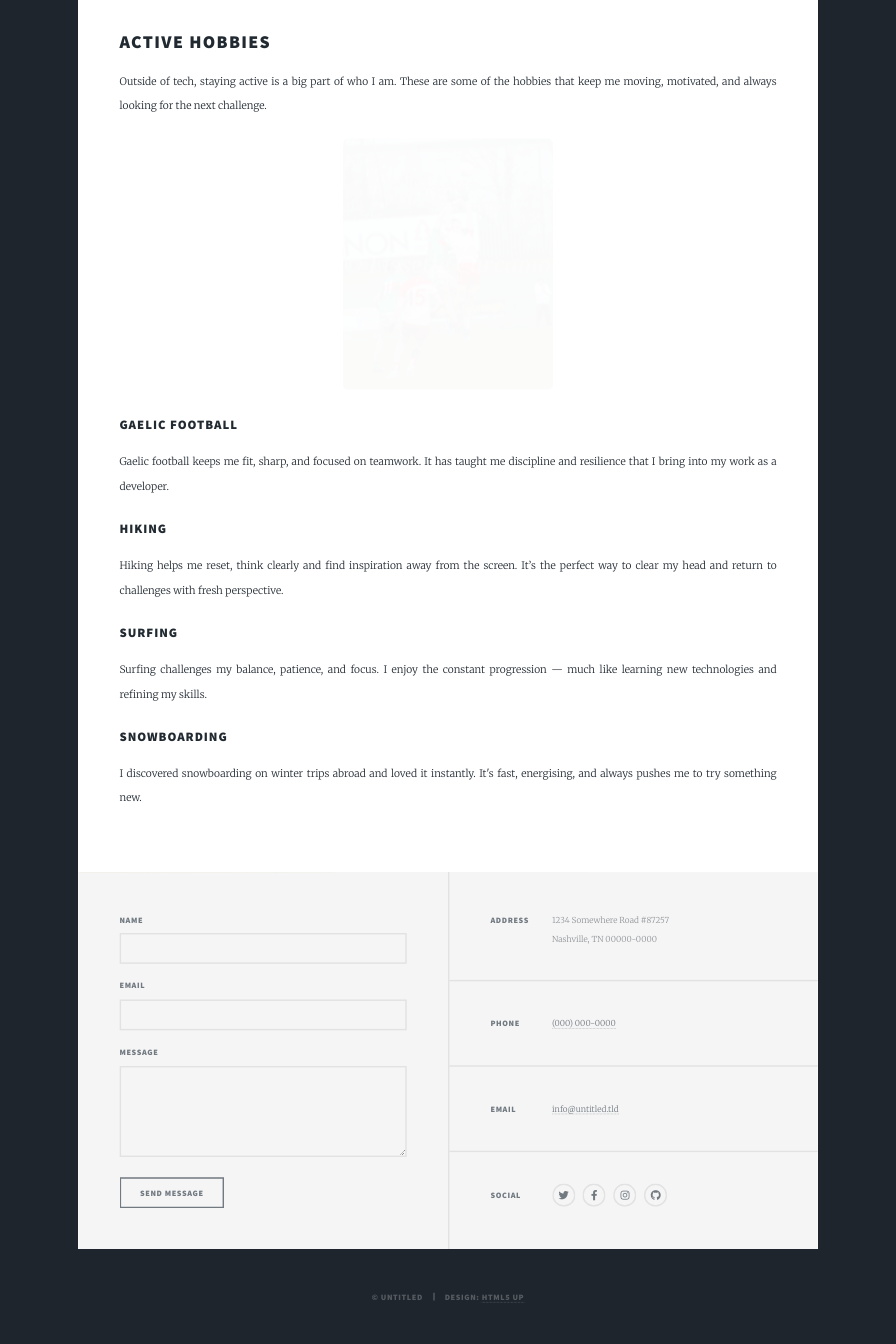
Repository: ciaranscan6/PersonalWebsite
Page: about-me.html
These files come from the project's save history. The page is drawn as it stood at one moment and after the next save; the edit follows.
The browser window is 1280 px wide. The pictures show the part of the page from y = 1617 to 3537 px (the page is 3537 px tall before and 3471 px after), at 70% of full size.

Above is the page before, as saved 2025-11-22 02:23:42.

### about-me.html
<!DOCTYPE HTML>
<!--
	Massively by HTML5 UP
	html5up.net | @ajlkn
	Free for personal and commercial use under the CCA 3.0 license (html5up.net/license)
-->
<html>
	<head>
		<title>About Me</title>
		<meta charset="utf-8" />
		<meta name="viewport" content="width=device-width, initial-scale=1, user-scalable=no" />
		<link rel="stylesheet" href="assets/css/main.css" />
		<noscript><link rel="stylesheet" href="assets/css/noscript.css" /></noscript>

		<!-- Small custom styles for the hobbies section -->
		<style>
			/* Existing custom styles (if any) can stay above or below */

			.hobbies {
				margin-top: 3rem;
			}

			.hobby-rotator-wrapper {
				max-width: 300px;     /* control size here */
				margin: 0 auto 2rem;  /* center + space under */
			}

			.hobby-rotator-wrapper img {
				width: 100%;
				border-radius: 0.5rem;
			}

			/* Fade animation */
			#hobby-rotator {
				opacity: 1;
				transition: opacity 0.5s ease;
			}

			#hobby-rotator.fade-out {
				opacity: 0;
			}
		</style>

	</head>
	<body class="is-preload">

		<!-- Wrapper -->
			<div id="wrapper">

				<!-- Header -->
					<header id="header">
						<a href="index.html" class="logo">Ciarán Scanlon</a>
					</header>

				<!-- Nav -->
					<nav id="nav">
						<ul class="links">
							<li><a href="index.html">Projects</a></li>
							<li class="active"><a href="about-me.html">About Me</a></li>
							<li><a href="elements.html">Elements Reference</a></li>
						</ul>
						<ul class="icons">
							<li><a href="#" class="icon brands fa-linkedin"><span class="label">LinkedIn</span></a></li>
							<li><a href="#" class="icon brands fa-facebook-f"><span class="label">Facebook</span></a></li>
							<li><a href="#" class="icon brands fa-instagram"><span class="label">Instagram</span></a></li>
							<li><a href="#" class="icon brands fa-github"><span class="label">GitHub</span></a></li>
						</ul>
					</nav>

				<!-- Main -->
					<div id="main">

						<!-- Post -->
							<section class="post">
								<header class="major">
									<span class="date">November 21, 2025</span>
									<h1>A Bit About Me</h1>
									<p>
										I’m a 23-year-old Computer Science graduate from University College Dublin, originally from Longford, Ireland.
										I’m outgoing, adventurous, and love solving real-world problems with technology.
									</p>
								</header>

								<!-- Main portrait / banner image -->
								<div class="image main">
									<img src="images/pic01.jpg" alt="Photo of Ciarán Scanlon" />
								</div>

								<!-- About Me Content -->
								<p>
									I studied Computer Science at <strong>University College Dublin (UCD)</strong>, where I developed a strong foundation in
									software development, problem solving, and working with others on challenging projects. I’m particularly interested in
									<strong>cybersecurity</strong>, <strong>sustainability</strong>, and building software that can make a meaningful difference
									to people and the planet.
								</p>

								<p>
									I enjoy working on projects where I can learn quickly, think creatively, and collaborate with others. Whether it’s
									designing secure systems, improving user experiences, or experimenting with new technologies, I’m always looking for
									opportunities to grow and contribute.
								</p>

								<!-- CV Button -->
								<section>
									<h2>Curriculum Vitae</h2>
									<p>
										If you’d like to see more detail about my experience, skills, and projects, you can view my CV below:
									</p>
									<ul class="actions special">
										<li>
											<a href="files\Ciarán_Scanlon_CV.pdf" target="_blank" class="button large">
												View My CV
											</a>
										</li>
									</ul>
								</section>

								<!-- Hobbies: Four mini slideshows -->
								<section class="hobbies">
									<h2>Active Hobbies</h2>
									<p>
										Outside of tech, staying active is a big part of who I am. These are some of the hobbies that keep me moving,
										motivated, and always looking for the next challenge.
									</p>

									<!-- Single rotating image, smaller and centered -->
									<div class="hobby-rotator-wrapper">
										<span class="image fit">
											<img id="hobby-rotator" src="images/hobbies/gaelic1.png" alt="Hobby slideshow" />
										</span>
									</div>

									<div class="hobby-grid">

										<div class="hobby-card">
											<h3>Gaelic Football</h3>
											<p>
												Gaelic football keeps me fit, sharp, and focused on teamwork. It has taught me discipline and resilience that
												I bring into my work as a developer.
											</p>
										</div>

										<div class="hobby-card">
											<h3>Hiking</h3>
											<p>
												Hiking helps me reset, think clearly and find inspiration away from the screen. It’s the perfect way to
												clear my head and return to challenges with fresh perspective.
											</p>
										</div>

										<div class="hobby-card">
											<h3>Surfing</h3>
											<p>
												Surfing challenges my balance, patience, and focus. I enjoy the constant progression — much like learning new
												technologies and refining my skills.
											</p>
										</div>

										<div class="hobby-card">
											<h3>Snowboarding</h3>
											<p>
												I discovered snowboarding on winter trips abroad and loved it instantly. It's fast, energising, and always
												pushes me to try something new.
											</p>
										</div>

									</div>
								</section>

							</section>

					</div>

				<!-- Footer -->
					<footer id="footer">
						<section>
							<form method="post" action="#">
								<div class="fields">
									<div class="field">
										<label for="name">Name</label>
										<input type="text" name="name" id="name" />
									</div>
									<div class="field">
										<label for="email">Email</label>
										<input type="text" name="email" id="email" />
									</div>
									<div class="field">
										<label for="message">Message</label>
										<textarea name="message" id="message" rows="3"></textarea>
									</div>
								</div>
								<ul class="actions">
									<li><input type="submit" value="Send Message" /></li>
								</ul>
							</form>
						</section>
						<section class="split contact">
							<section class="alt">
								<h3>Address</h3>
								<p>1234 Somewhere Road #87257<br />
								Nashville, TN 00000-0000</p>
							</section>
							<section>
								<h3>Phone</h3>
								<p><a href="#">(000) 000-0000</a></p>
							</section>
							<section>
								<h3>Email</h3>
								<p><a href="#">info@untitled.tld</a></p>
							</section>
							<section>
								<h3>Social</h3>
								<ul class="icons alt">
									<li><a href="#" class="icon brands alt fa-twitter"><span class="label">Twitter</span></a></li>
									<li><a href="#" class="icon brands alt fa-facebook-f"><span class="label">Facebook</span></a></li>
									<li><a href="#" class="icon brands alt fa-instagram"><span class="label">Instagram</span></a></li>
									<li><a href="#" class="icon brands alt fa-github"><span class="label">GitHub</span></a></li>
								</ul>
							</section>
						</section>
					</footer>

				<!-- Copyright -->
					<div id="copyright">
						<ul><li>&copy; Untitled</li><li>Design: <a href="https://html5up.net">HTML5 UP</a></li></ul>
					</div>

			</div>

		<!-- Scripts -->
			<script src="assets/js/jquery.min.js"></script>
			<script src="assets/js/jquery.scrollex.min.js"></script>
			<script src="assets/js/jquery.scrolly.min.js"></script>
			<script src="assets/js/browser.min.js"></script>
			<script src="assets/js/breakpoints.min.js"></script>
			<script src="assets/js/util.js"></script>
			<script src="assets/js/main.js"></script>

			<!-- JS: mini-slideshows for each hobby -->
			<script>
				document.addEventListener('DOMContentLoaded', function () {
					const imgElement = document.getElementById("hobby-rotator");
					if (!imgElement) return; // safety check

					const images = [
						"images/hobbies/gaelic1.png",
						"images/hobbies/gaelic2.jpg",
						"images/hobbies/hiking1.jpg",
						"images/hobbies/hiking2.jpg",
						"images/hobbies/surf1.jpg",
						"images/hobbies/surf2.jpg",
						"images/hobbies/snow1.jpg",
						"images/hobbies/snow2.jpg"
					];

					let current = 0;

					function rotateImages() {
						// apply fade-out
						imgElement.classList.add("fade-out");

						setTimeout(() => {
							// move to next image
							current = (current + 1) % images.length;
							imgElement.src = images[current];
							// remove fade-out to fade back in
							imgElement.classList.remove("fade-out");
						}, 500); // match the CSS transition time
					}

					// Start rotating every 3 seconds
					setInterval(rotateImages, 6000);
				});
			</script>



	</body>
</html>

Loaded but not shown: assets/js/jquery.min.js (library); assets/js/jquery.scrollex.min.js (common file); assets/js/jquery.scrolly.min.js (common file); assets/js/browser.min.js (common file); assets/js/breakpoints.min.js (common file); assets/css/fontawesome-all.min.css (library); assets/js/util.js (587 lines, source omitted); assets/js/main.js (258 lines, source omitted); assets/css/main.css (4689 lines, source omitted)

After the next save:
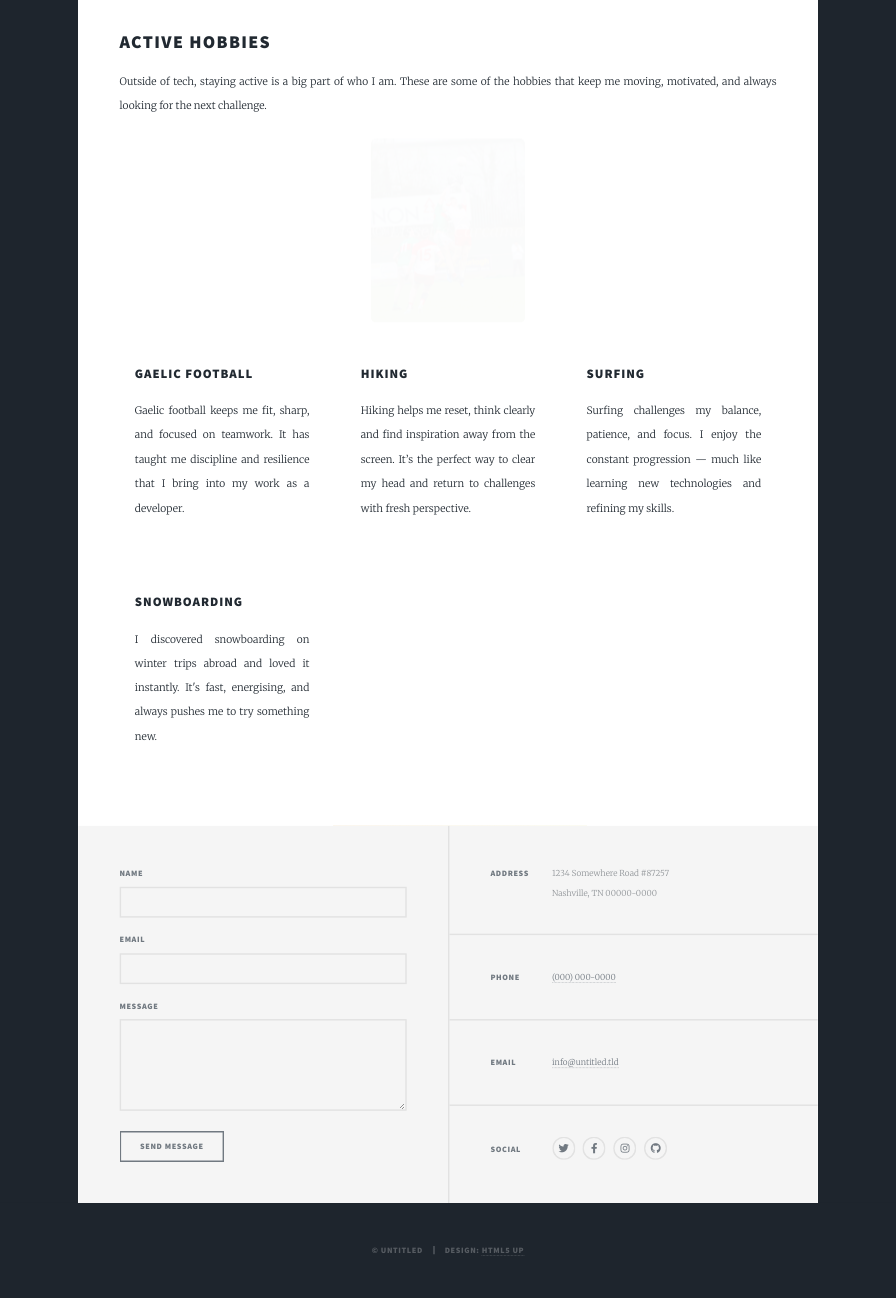
Saved 73 s later.
--- a/about-me.html
+++ b/about-me.html
@@ -14,15 +14,14 @@
 
 		<!-- Small custom styles for the hobbies section -->
 		<style>
-			/* Existing custom styles (if any) can stay above or below */
-
 			.hobbies {
 				margin-top: 3rem;
 			}
 
+			/* Size of rotating image */
 			.hobby-rotator-wrapper {
-				max-width: 300px;     /* control size here */
-				margin: 0 auto 2rem;  /* center + space under */
+				max-width: 220px; /* change to 150, 220, or 300 */
+				margin: 0 auto 2rem;
 			}
 
 			.hobby-rotator-wrapper img {
@@ -35,11 +34,25 @@
 				opacity: 1;
 				transition: opacity 0.5s ease;
 			}
-
 			#hobby-rotator.fade-out {
 				opacity: 0;
 			}
+
+			/* 2×2 grid layout */
+			.hobby-grid {
+				display: grid;
+				grid-template-columns: repeat(auto-fit, minmax(250px, 1fr));
+				gap: 2rem;
+				margin-top: 2rem;
+			}
+
+			.hobby-card {
+				background: rgba(255, 255, 255, 0.03);
+				padding: 1.5rem;
+				border-radius: 0.5rem;
+			}
 		</style>
+
 
 	</head>
 	<body class="is-preload">
